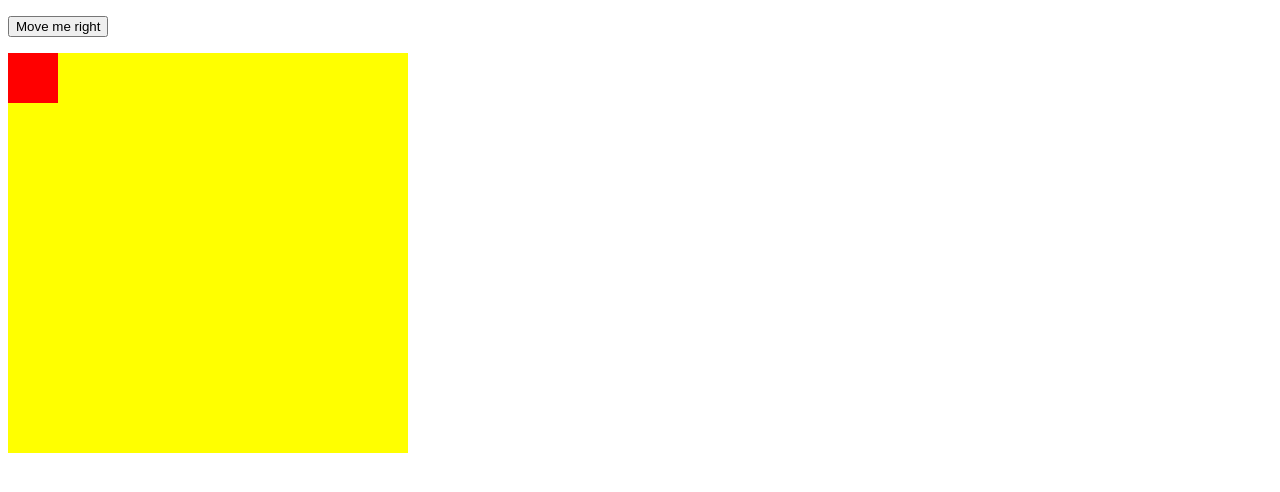
Repository: jcohenp/DI_Exercises
Page: W3/D3/normal/ex_1/index.html
These files come from the project's save history. The page is drawn as it stood at one moment and after a run of saves; the edit follows.
The browser window is 1280 px wide. The pictures show the whole page.

Above is the page before, as saved 2020-08-25 22:23:36.

After the next 2 saves:
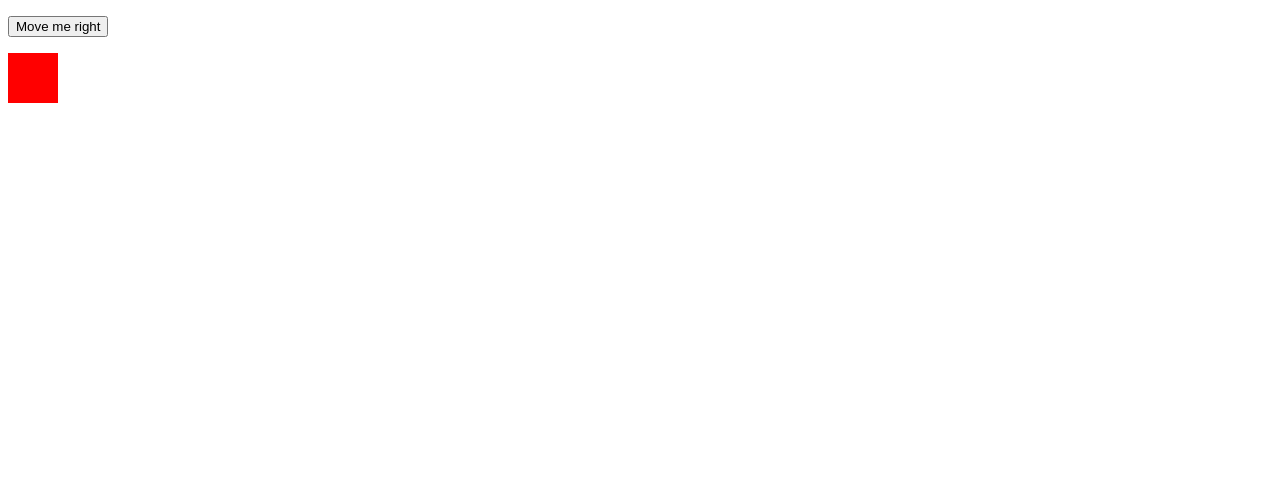
The 2 saves are shown as one change because they came seconds apart.
The last was saved 3 min 1 s later.
--- a/W3/D3/normal/ex_1/index.html
+++ b/W3/D3/normal/ex_1/index.html
@@ -7,8 +7,8 @@
     <title>Document</title>
     <style>
         #container {
-            width: 400px;
-            height: 400px;
+            width: 100%;
+            height: 100%;
             position: relative;
             background: yellow;
         }
